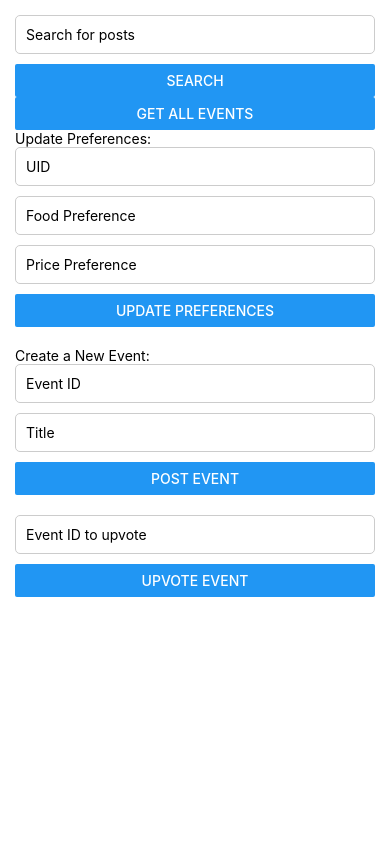
Repository: nshenkerman/FoodFlaggers
Screen: / (app in FoodFlaggerFrontend/)
The author's editor kept a copy of each file at every save. The screen is drawn from the files as they stood at one save, then again after a run of saves.
The app was drawn by React Native's web renderer in a window 390 px wide. The project was rebuilt for these pictures with package versions that can differ from the ones it lists, and the page was loaded fresh each time.

Above is the screen before, as saved 2023-10-05 23:40:13.

### FoodFlaggerFrontend/App.js
import React, { useState } from 'react';
import { View, Text, TextInput, Button, StyleSheet, ScrollView, FlatList } from 'react-native';


const App = () => {
  // States
  const [foodPreference, setFoodPreference] = useState('');
  const [pricePreference, setPricePreference] = useState('');
  const [uid, setUid] = useState('');
  const [eventDetails, setEventDetails] = useState({
    event_id: '', host_uid: '', title: '', description: '', start_time: '', end_time: '', food_type: '', price_type: '', num_upvotes: 0, num_downvotes: 0
  });
  const [events, setEvents] = useState([]);
  const [searchInput, setSearchInput] = useState('');
  const [searchResults, setSearchResults] = useState([]); // State to hold the search results

  const [eventTitle, setEventTitle] = useState('');
  const [eventDescription, setEventDescription] = useState('');
  const [foodType, setFoodType] = useState('');
  const [priceType, setPriceType] = useState('');


  // API Calls
  const getAllEvents = async () => {
    try {
      const response = await fetch('http://localhost:5000/api/events');
      const data = await response.json();
      setEvents(data); // Store the events in the state
    } catch (err) {
      console.error('Failed to fetch events:', err);
    }
  };


  const updatePreferences = async () => {
    try {
      const response = await fetch('http://localhost:5000/api/update_preferences', {
        method: 'POST',
        headers: {
          'Content-Type': 'application/json',
        },
        body: JSON.stringify({ uid, food_preference: foodPreference, price_preference: pricePreference }),
      });
      const data = await response.json();
      console.log(data);
    } catch (err) {
      console.error('Failed to update preferences:', err);
    }
  };

  const postEvent = async () => {
    try {
      const response = await fetch('/api/post_event', {
        method: 'POST',
        headers: {
          'Content-Type': 'application/json',
        },
        body: JSON.stringify({
          host_uid: 3,
          title: eventTitle,
          description: eventDescription,
          start_time: startTime,
          end_time: endTime,
          food_type: foodType,
          price_type: priceType,
          num_upvotes: 0,
          num_downvotes: 0,
        }),
      });
      const data = await response.json();
      console.log(data);
    } catch (err) {
      console.error('Failed to post the event:', err);
    }
  };

  const upvoteEvent = async (eventId) => {
    try {
      const response = await fetch('http://localhost:5000/api/upvote_event', {
        method: 'POST',
        headers: {
          'Content-Type': 'application/json',
        },
        body: JSON.stringify({ event_id: eventId }),
      });
      const data = await response.json();
      console.log(data);
    } catch (err) {
      console.error('Failed to upvote event:', err);
    }
  };


  const searchEvent = async () => {
    try {
      const response = await fetch(`http://localhost:5000/api/search_event?search_input=${searchInput}`);
      const data = await response.json();
      setSearchResults(data); // Store the search results in the state
    } catch (err) {
      console.error('Failed to search events:', err);
    }
  };

  return (
    <ScrollView style={styles.container}>
      <TextInput placeholder="Search for posts" value={searchInput} onChangeText={setSearchInput} style={styles.input} />
      <Button title="Search" onPress={searchEvent} />


      <FlatList
        data={searchResults}
        keyExtractor={(item) => item.event_id.toString()} // Assuming event_id is a unique number
        renderItem={({ item }) => (
          <View style={styles.eventContainer}>
            <Text style={styles.eventTitle}>{item.title}</Text>
            <Text>Description: {item.description}</Text>
            <Text>Host UID: {item.host_uid}</Text>
            <Text>Event ID: {item.event_id}</Text>
            <Text>Upvotes: {item.num_upvotes}</Text>
            {/* ... Add other fields as required ... */}
          </View>
        )}
      />

      <Button title="Get All Events" onPress={getAllEvents} />

      <FlatList
        data={events}
        keyExtractor={(item) => item.event_id.toString()} // Assuming event_id is a unique number
        renderItem={({ item }) => (
          <View style={styles.eventContainer}>
            <Text style={styles.eventTitle}>{item.title}</Text>
            <Text>Description: {item.description}</Text>
            <Text>Host UID: {item.host_uid}</Text>
            <Text>Event ID: {item.event_id}</Text>
            <Text>Upvotes: {item.num_upvotes}</Text>
            {/* ... Add other fields as required ... */}
          </View>
        )}
      />

      <View style={styles.formGroup}>
        <Text>Update Preferences:</Text>
        <TextInput placeholder="UID" value={uid} onChangeText={setUid} style={styles.input} />
        <TextInput placeholder="Food Preference" value={foodPreference} onChangeText={setFoodPreference} style={styles.input} />
        <TextInput placeholder="Price Preference" value={pricePreference} onChangeText={setPricePreference} style={styles.input} />
        <Button title="Update Preferences" onPress={updatePreferences} />
      </View>

      <View style={styles.formGroup}>
        <Text>Create a New Event:</Text>
        {/* You can add more inputs for eventDetails as required */}
        <TextInput placeholder="Event ID" value={eventDetails.event_id} onChangeText={(text) => setEventDetails(prev => ({ ...prev, event_id: text }))} style={styles.input} />
        <TextInput placeholder="Title" value={eventDetails.title} onChangeText={(text) => setEventDetails(prev => ({ ...prev, title: text }))} style={styles.input} />
        {/* ... add other fields ... */}
        <Button title="Post Event" onPress={postEvent} />
      </View>

      <View style={styles.formGroup}>
        {/* This is a sample input for event ID to upvote. You might want to iterate over events and generate these buttons dynamically. */}
        <TextInput placeholder="Event ID to upvote" value={eventDetails.event_id} onChangeText={(text) => setEventDetails(prev => ({ ...prev, event_id: text }))} style={styles.input} />
        <Button title="Upvote Event" onPress={() => upvoteEvent(eventDetails.event_id)} />
      </View>

      {/* ... Add more UI elements as required ... */}
    </ScrollView>
  );
};

const styles = StyleSheet.create({
  container: {
    flex: 1,
    padding: 15,
    backgroundColor: 'white',
  },
  formGroup: {
    marginBottom: 20,
  },
  input: {
    borderWidth: 1,
    borderColor: '#ccc',
    borderRadius: 5,
    padding: 10,
    marginBottom: 10,
  },
});

export default App;

After the next 2 saves:
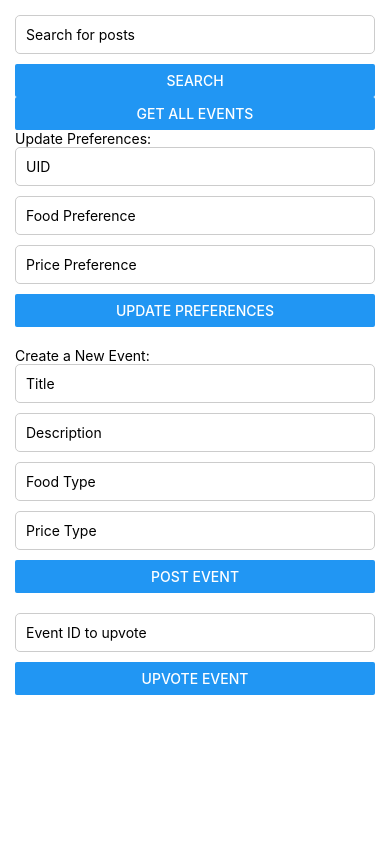
The 2 saves are shown as one change because 1 did not build or start.
The last was saved 87 s later.
--- a/FoodFlaggerFrontend/App.js
+++ b/FoodFlaggerFrontend/App.js
@@ -59,8 +59,8 @@ const App = () => {
           host_uid: 3,
           title: eventTitle,
           description: eventDescription,
-          start_time: startTime,
-          end_time: endTime,
+          start_time: null,
+          end_time: null,
           food_type: foodType,
           price_type: priceType,
           num_upvotes: 0,
@@ -149,10 +149,10 @@ const App = () => {
 
       <View style={styles.formGroup}>
         <Text>Create a New Event:</Text>
-        {/* You can add more inputs for eventDetails as required */}
-        <TextInput placeholder="Event ID" value={eventDetails.event_id} onChangeText={(text) => setEventDetails(prev => ({ ...prev, event_id: text }))} style={styles.input} />
-        <TextInput placeholder="Title" value={eventDetails.title} onChangeText={(text) => setEventDetails(prev => ({ ...prev, title: text }))} style={styles.input} />
-        {/* ... add other fields ... */}
+        <TextInput placeholder="Title" value={eventTitle} onChangeText={setEventTitle} style={styles.input} />
+        <TextInput placeholder="Description" value={eventDescription} onChangeText={setEventDescription} style={styles.input} />
+        <TextInput placeholder="Food Type" value={foodType} onChangeText={setFoodType} style={styles.input} />
+        <TextInput placeholder="Price Type" value={priceType} onChangeText={setPriceType} style={styles.input} />
         <Button title="Post Event" onPress={postEvent} />
       </View>
 
